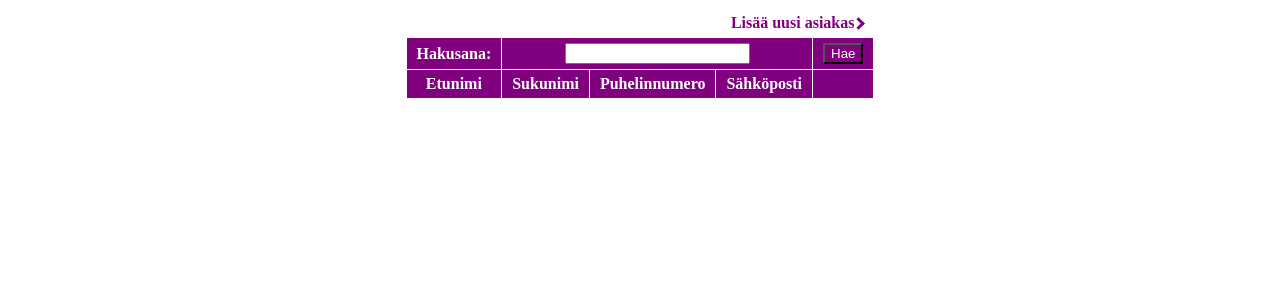
Repository: JerriMakila/Etatehtavat5
Page: http://localhost/Asiakkaat/listaaasiakkaat.jsp
The author's editor kept a copy of each file at every save. The page is drawn from the files as they stood at one save, then again after the next save.
The browser window is 1280 px wide. The pictures show the whole page.
The page is served by Tomcat 9.

Above is the page before, as saved 2020-11-23 21:40:10.
Console error: SyntaxError: Unexpected token '{'

After the next save:
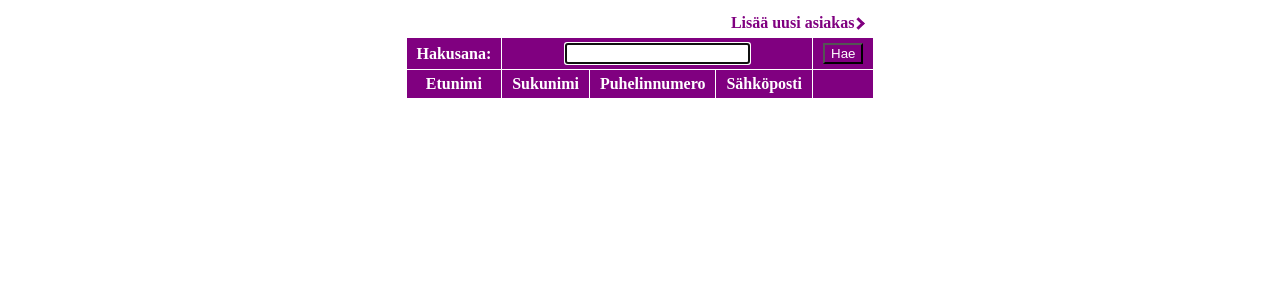
The error is gone.
Saved 6 s later.
--- a/Asiakkaat/WebContent/listaaasiakkaat.jsp
+++ b/Asiakkaat/WebContent/listaaasiakkaat.jsp
@@ -64,7 +64,7 @@
 }
 
 function poista(etunimi){
-	if(confirm("Haluatko varmasti poistaa asiakkaan " + etunimi + ")"){
+	if(confirm("Haluatko varmasti poistaa asiakkaan " + etunimi)){
 		$.ajax({url:"asiakkaat/" + etunimi, type:"DELETE", dataType:"json", success:function(result) { //result on joko {"response:1"} tai {"response:0"}
 	        if(result.response==0){
 	        	$("#ilmo").html("Auton poisto epäonnistui.");
